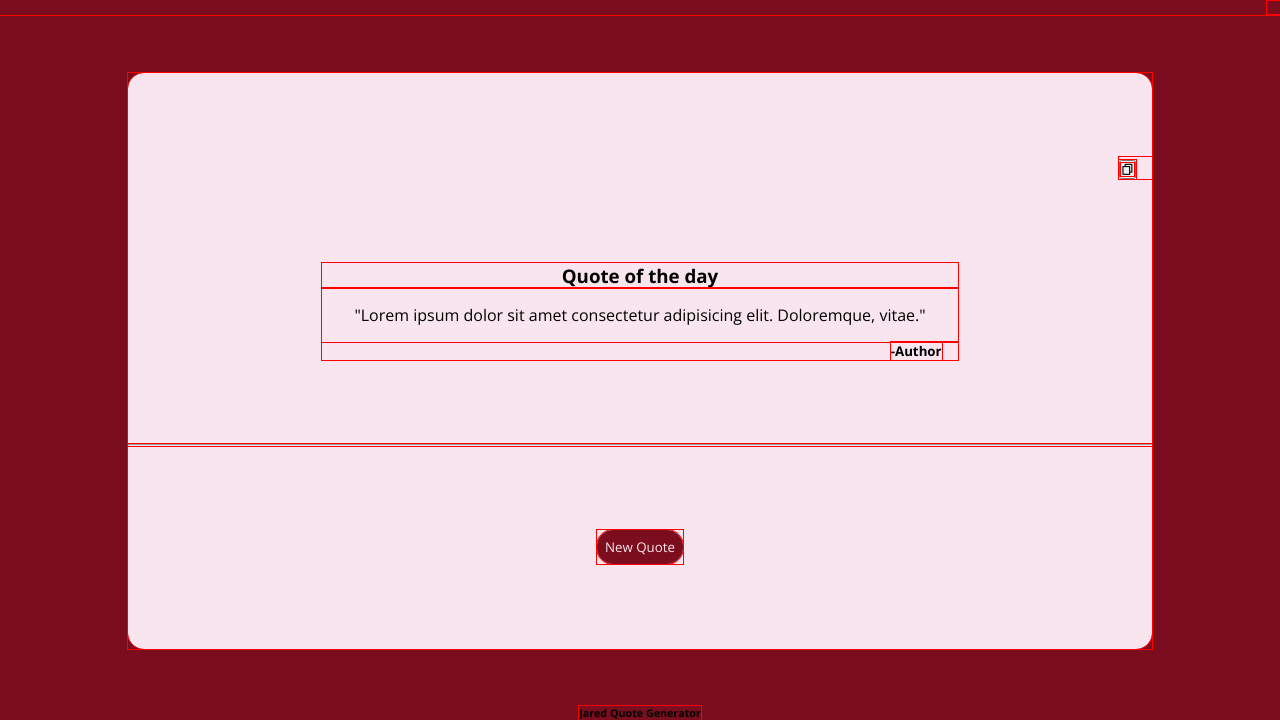
Repository: EguJaredoBoyd/Jared-Quote-Generator
Page: html/main.html
The author's editor kept a copy of each file at every save. The page is drawn from the files as they stood at one save, then again after the next save.
The browser window is 1280 px wide. The pictures show the whole page.
Some web libraries are served in a nearby version.

Above is the page before, as saved 2026-01-09 20:33:04.

After the next save:
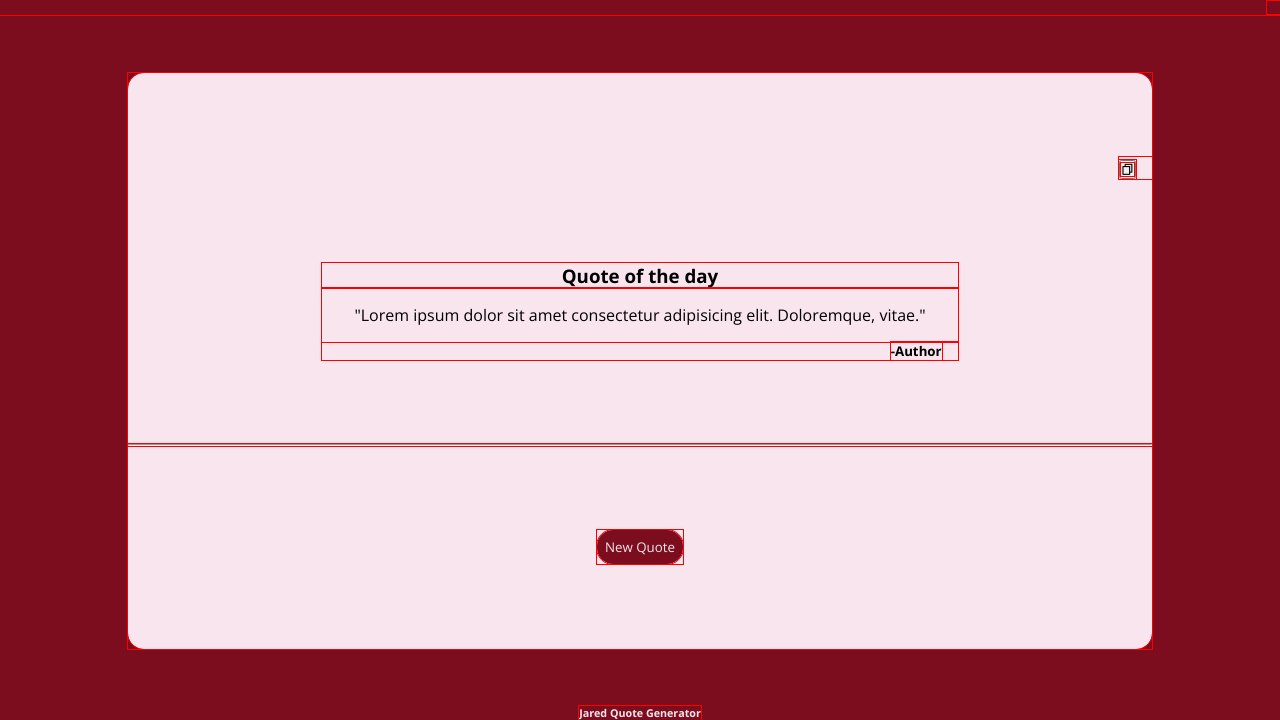
Saved 24 s later.
--- a/css/style.css
+++ b/css/style.css
@@ -103,4 +103,5 @@ header button {
 }
 
 .footer__developer {
+  color: var(--card-color);
 }
